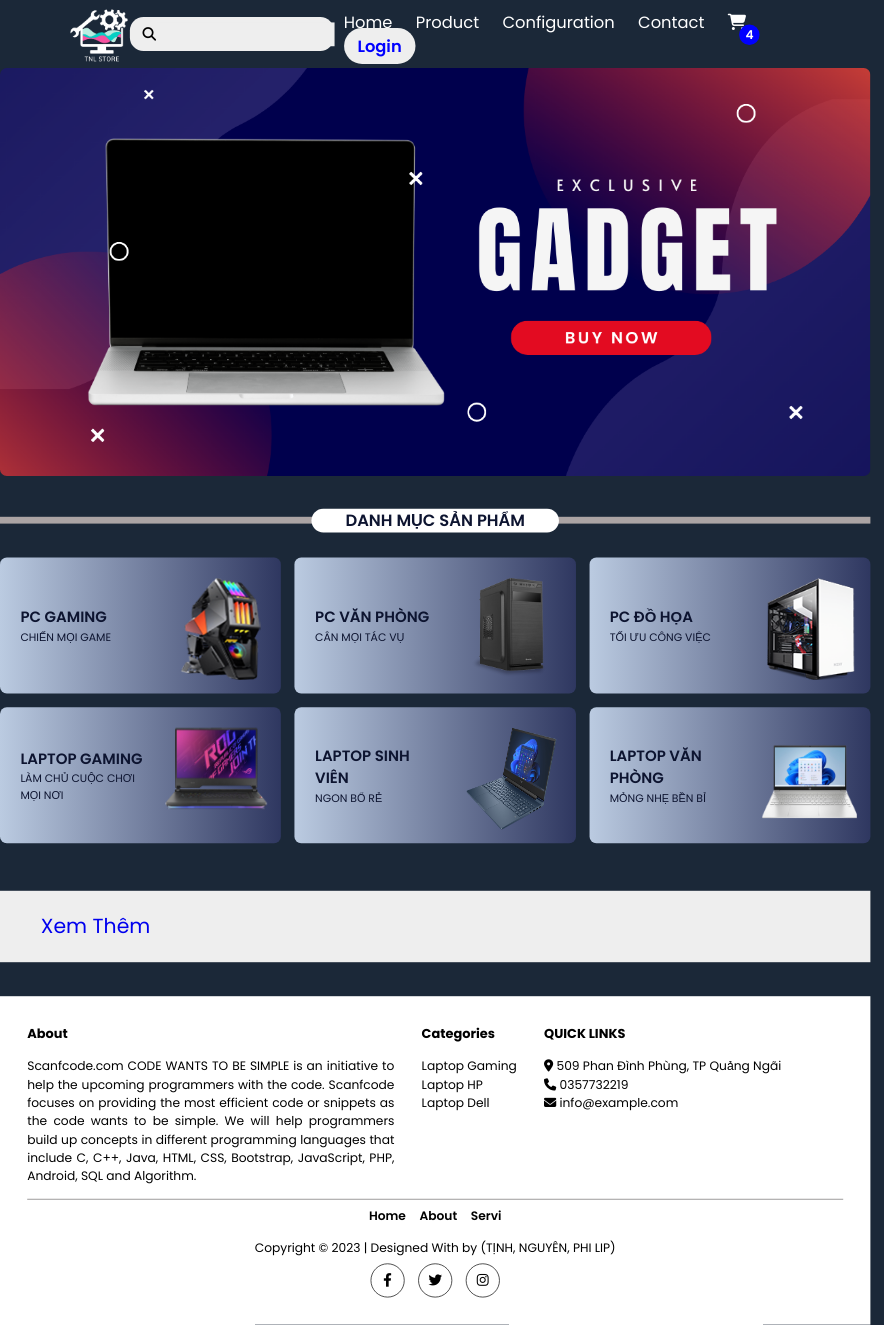
Repository: HPNChanel/DACS
Page: index.html
An editor plug-in stored every save of this project. The page is shown before and after the next save, followed by the edit.
The browser window is 1280 px wide. The page is 1300 px wide, so the pictures cover 1300 px, including what lies to the right of the window. The pictures show the whole page, at 68% of full size.

Above is the page before, as saved 2023-04-13 19:39:06.

After the next save:
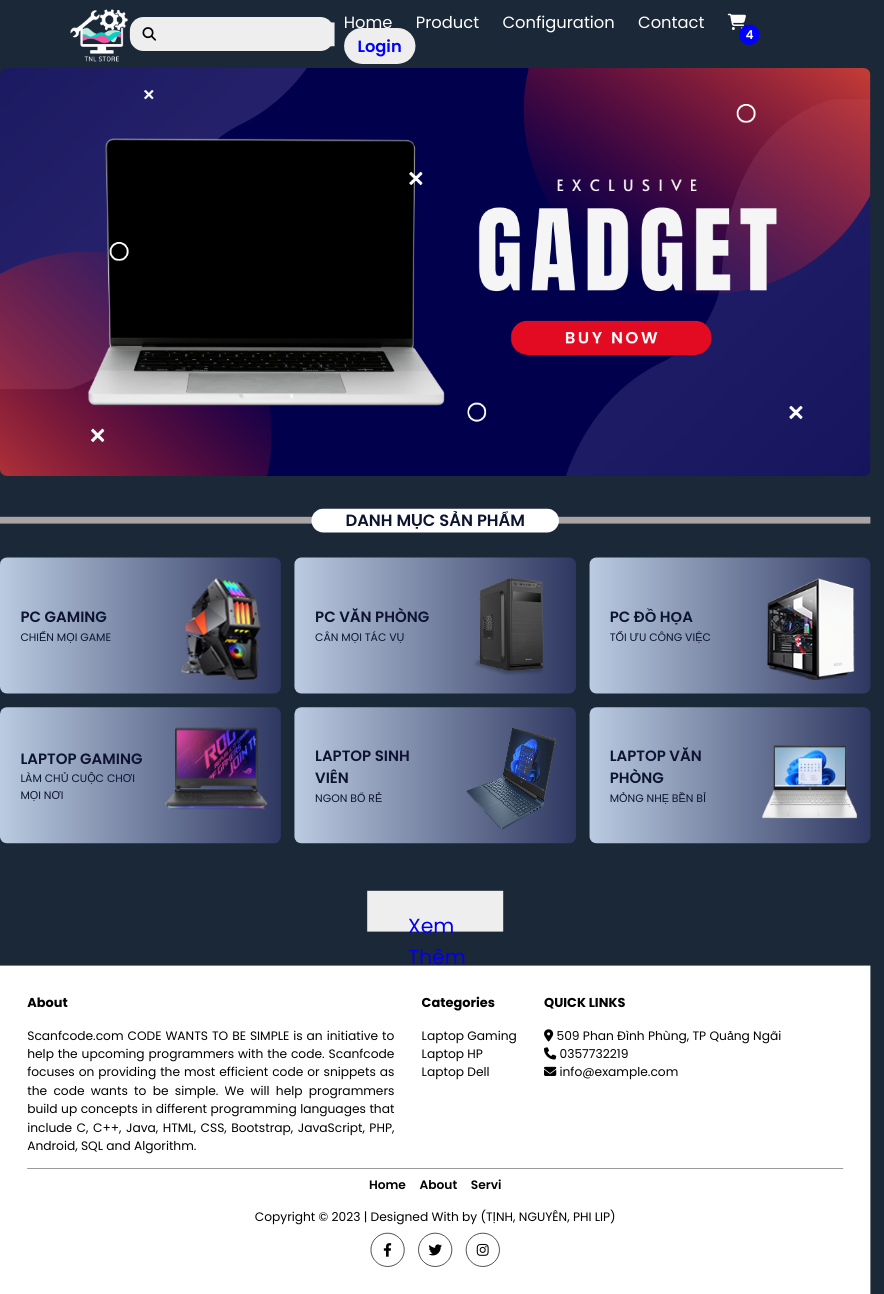
Saved 19 s later.
--- a/style/main.css
+++ b/style/main.css
@@ -262,11 +262,10 @@ main {
 }
 
 .next-product {
-    /* display: block; */
     margin: 50px auto;
     padding: 30px 60px;
-    /* width: 200px; */
-    /* height: 50px; */
+    width: 200px;
+    height: 50px;
     background-color: #eee;
     font-size: 30px;
 }
